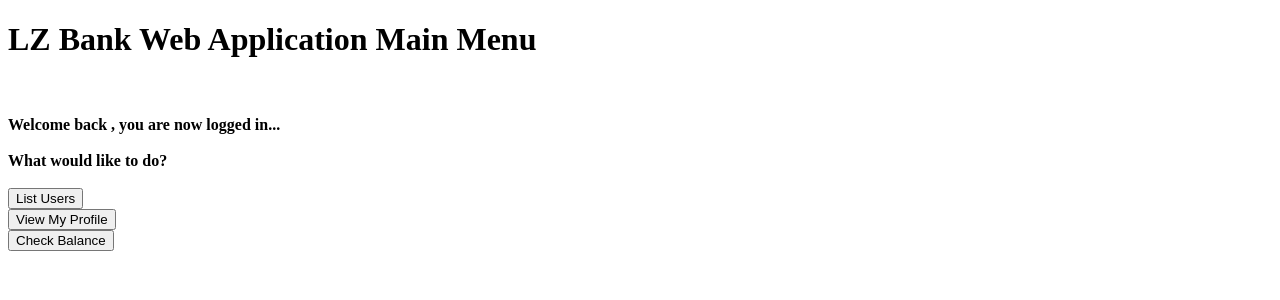
Repository: kingron98/SoftEng-Bank-Web-Application-
Page: http://localhost/SE3_BankWebApp/loginSuccess.jsp
These files come from the project's save history. The page is drawn as it stood at one moment and after the next save; the edit follows.
The browser window is 1280 px wide. The pictures show the whole page.
The page is served by Tomcat 9.

Above is the page before, as saved 2020-12-11 20:25:21.

After the next save:
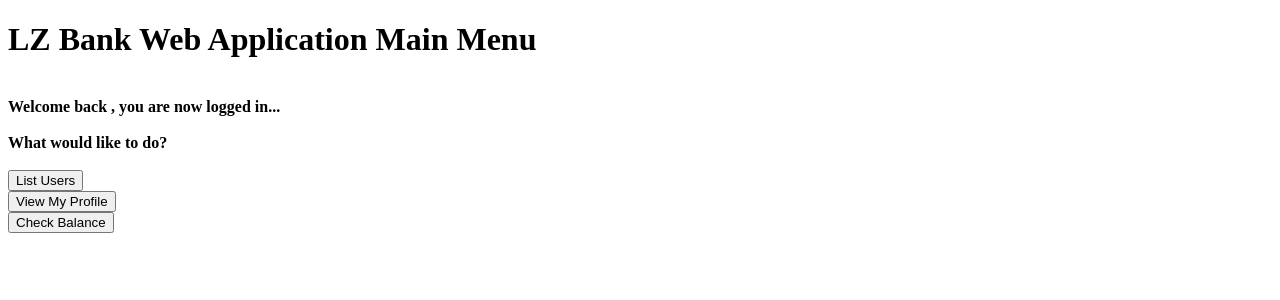
Saved 2 min 12 s later.
--- a/SE3 Bank App/Java/Workspace/SE3_BankWebApp/WebContent/loginSuccess.jsp
+++ b/SE3 Bank App/Java/Workspace/SE3_BankWebApp/WebContent/loginSuccess.jsp
@@ -13,7 +13,7 @@
 <body>
 	<h1>LZ Bank Web Application Main Menu</h1>
 
-	<br/><br/>
+	<br/>
 
 	<c:set var="customer" value="${sessionScope.customer}"/>
 	<c:set var="bankaccount" value="${sessionScope.bankaccount}"/>
